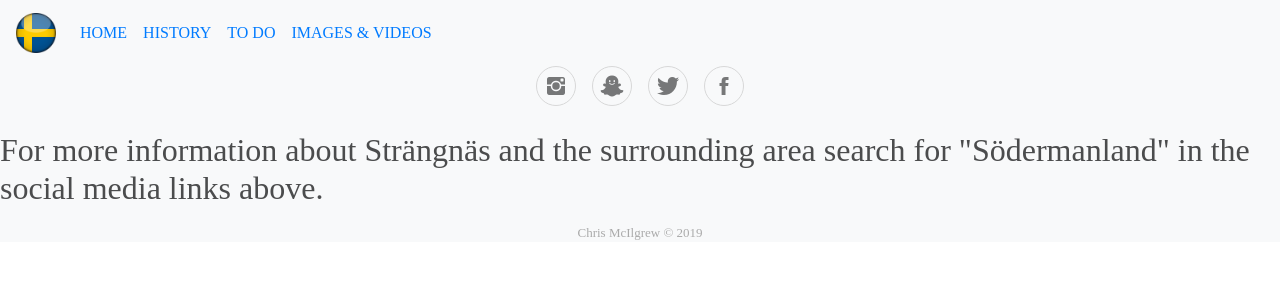
Repository: kososwede/first-project
Page: images+videos.html
The author's editor kept a record of every edit. The page is drawn from the files as they stood at one moment, then again after the next edit.
The browser window is 1280 px wide. The pictures show the whole page.
Some web fonts or font styles are not loaded; a fallback is used.

Above is the page before.

After the next edit:
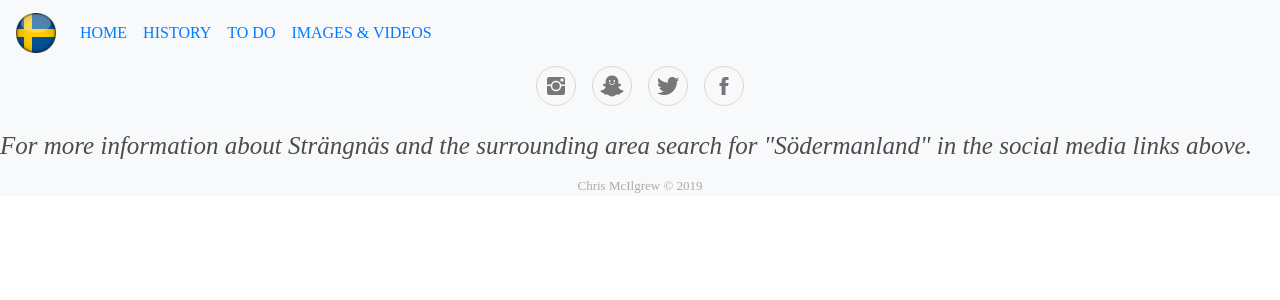
The edit:
--- a/assets/css/style.css
+++ b/assets/css/style.css
@@ -110,3 +110,8 @@
   color:#aaa;
   margin-bottom:0;
 }
+
+.footer-basic h2 {
+    font-size: 25px;
+    font-style: italic;
+}
